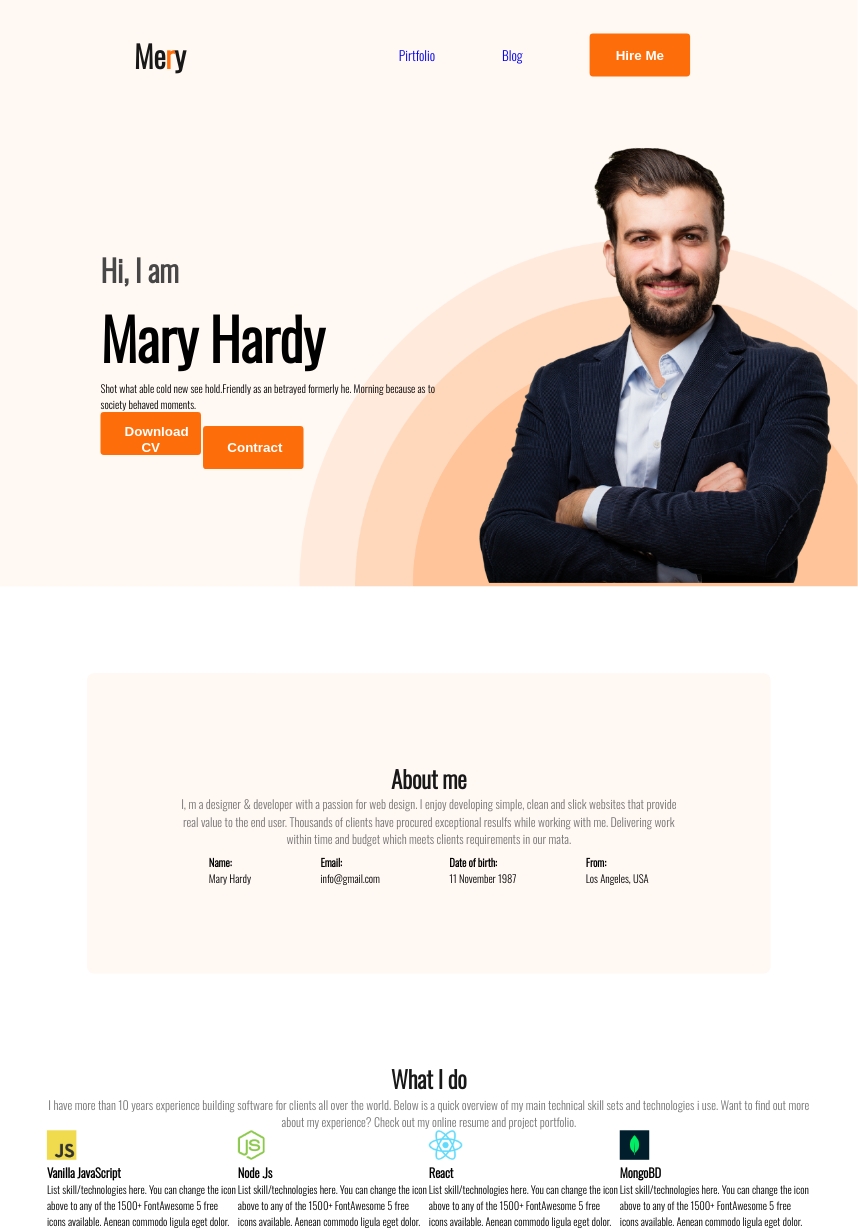
Repository: sumonkumarsarkar/my-website-personal
Page: index.html
An editor plug-in stored every save of this project. The page is shown before and after the next save, followed by the edit.
The browser window is 1280 px wide. The pictures show the whole page, at 67% of full size.

Above is the page before, as saved 2024-01-06 13:08:18.

After the next save:
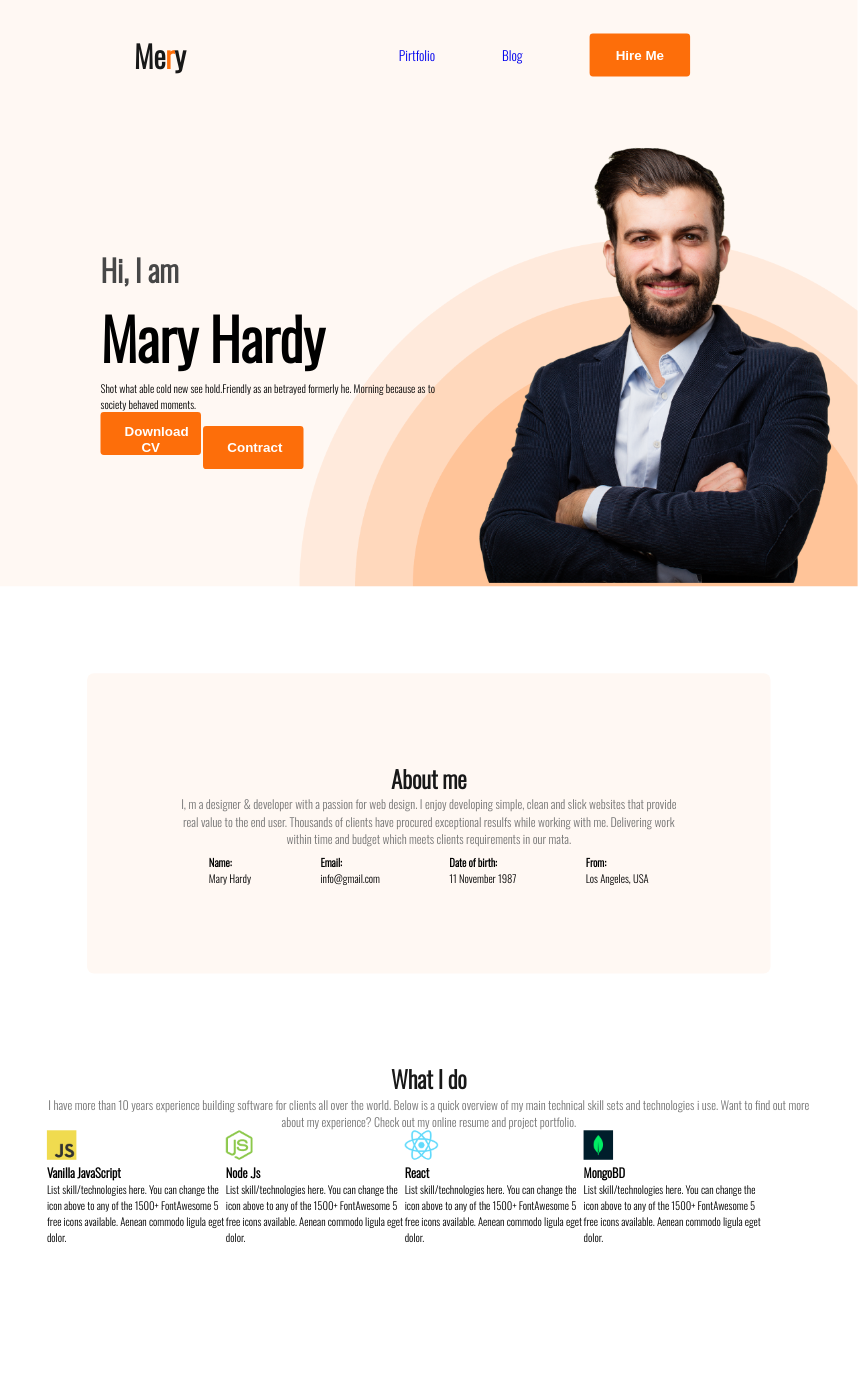
Saved 116 s later.
--- a/style.css
+++ b/style.css
@@ -122,3 +122,8 @@ main{
 .skill-container{
     display: flex;
 }
+.skill{
+    height: 377px;
+    width: 267px;
+    background: #FFFFFF;
+}
